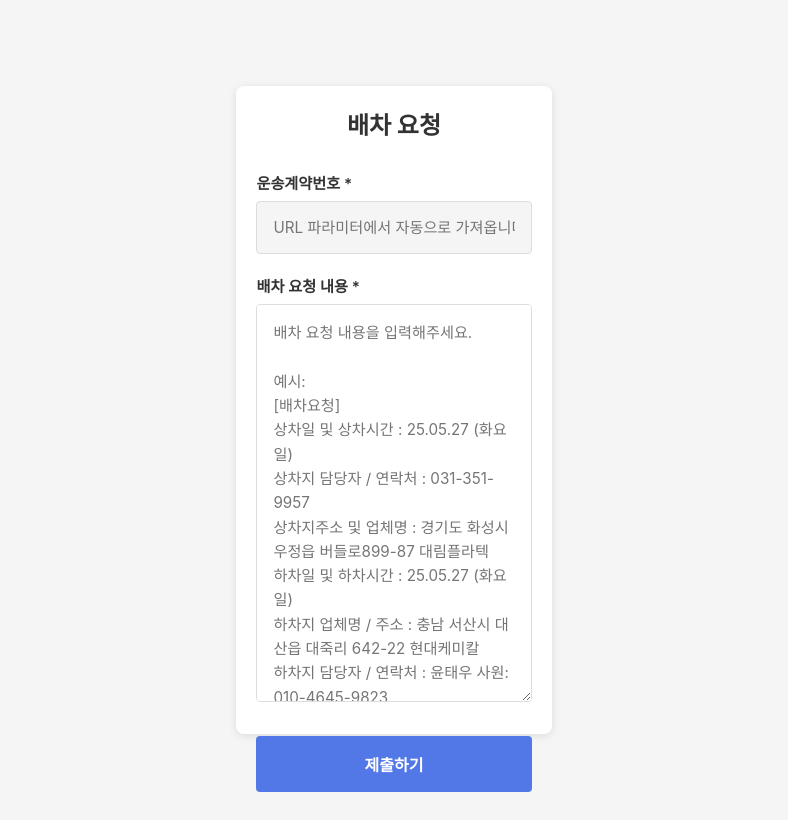
Repository: deul428/logis_transport
Page: / (app in frontend/)
The author's editor kept a copy of each file at every save. The page is drawn from the files as they stood at one save, then again after the next save.
The browser window is 768 px wide. The page is 788 px wide, then 800 px, so the pictures cover 800 px, including what lies to the right of the window. The pictures show the whole page.
The project was rebuilt for these pictures with package versions that can differ from the ones it lists, and the page was loaded fresh each time. Also part of the build but not shown: frontend/src/App.scss.

Above is the page before, as saved 2025-11-13 13:50:36.

### frontend/public/index.html
<!DOCTYPE html>
<html lang="en">
  <head>
    <meta charset="utf-8" />
    <link rel="icon" href="%PUBLIC_URL%/favicon.ico" />
    <meta name="viewport" content="width=device-width, initial-scale=1" />
    <meta name="theme-color" content="#000000" />
    <meta
      name="description"
      content="Web site created using create-react-app"
    />
    <link rel="apple-touch-icon" href="%PUBLIC_URL%/android-icon-192x192.png" />
    <!--
      manifest.json provides metadata used when your web app is installed on a
      user's mobile device or desktop. See https://developers.google.com/web/fundamentals/web-app-manifest/
    -->
    <link rel="manifest" href="%PUBLIC_URL%/manifest.json" />
    <!--
      Notice the use of %PUBLIC_URL% in the tags above.
      It will be replaced with the URL of the `public` folder during the build.
      Only files inside the `public` folder can be referenced from the HTML.

      Unlike "/favicon.ico" or "favicon.ico", "%PUBLIC_URL%/favicon.ico" will
      work correctly both with client-side routing and a non-root public URL.
      Learn how to configure a non-root public URL by running `npm run build`.
    -->
    <title>로지스 운송 오더</title>
  </head>
  <body>
    <div id="root"></div>
    <!--
      This HTML file is a template.
      If you open it directly in the browser, you will see an empty page.

      You can add webfonts, meta tags, or analytics to this file.
      The build step will place the bundled scripts into the <body> tag.

      To begin the development, run `npm start` or `yarn start`.
      To create a production bundle, use `npm run build` or `yarn build`.
    -->
  </body>
</html>

### frontend/src/App.js
import { useState, useEffect } from "react";
import "./App.scss";
import "./styles/transport.scss";

function App() {
  const [contractNo, setContractNo] = useState("");
  const [content, setContent] = useState("");
  const [isSubmitted, setIsSubmitted] = useState(false);

  useEffect(() => {
    // URL에서 계약 번호 파라미터 읽기
    const params = new URLSearchParams(window.location.search);
    const contractNoParam =
      params.get("contractNo") || params.get("contract") || "";

    if (contractNoParam) {
      setContractNo(contractNoParam);
    }
  }, []);

  // 구글 폼 제출
  const handleSubmit = async (e) => {
    e.preventDefault();

    if (!contractNo.trim()) {
      alert(
        "계약 번호가 없습니다. URL에 계약 번호를 포함해주세요. (예: ?contractNo=12345)"
      );
      return;
    }

    if (!content.trim()) {
      alert("배차 요청 내용을 입력해 주세요.");
      return;
    }

    try {
      // 제출 시간 생성 (한국 시간)
      const now = new Date();
      const koreaTimeOffset = 9 * 60; // 한국은 UTC+9
      const koreaTime = new Date(now.getTime() + koreaTimeOffset * 60 * 1000);
      const year = koreaTime.getFullYear();
      const month = String(koreaTime.getMonth() + 1).padStart(2, "0");
      const day = String(koreaTime.getDate()).padStart(2, "0");
      const hours = String(koreaTime.getHours()).padStart(2, "0");
      const minutes = String(koreaTime.getMinutes()).padStart(2, "0");
      const seconds = String(koreaTime.getSeconds()).padStart(2, "0");
      const submitTime = `${year}-${month}-${day} ${hours}:${minutes}:${seconds}`;

      const formData = new FormData();
      // 계약 번호 필드 (구글 폼의 entry ID로 변경 필요)
      formData.append("entry.1271596132", contractNo);
      // 배차 요청 내용 필드 (구글 폼의 entry ID로 변경 필요)
      formData.append("entry.1285765036", content);


      // 구글 폼 URL (실제 구글 폼 URL로 변경 필요)
      const googleFormUrl =
        "https://docs.google.com/forms/d/e/1FAIpQLSepUaIyU7xQX5y7V2-OXf7BZamqW1xnarS4jM8SswiHX2m2rA/formResponse";

      await fetch(googleFormUrl, {
        method: "POST",
        body: formData,
        mode: "no-cors",
      });

      setIsSubmitted(true);
    } catch (err) {
      alert("오류가 발생했습니다. 관리자에게 문의해 주세요.");
      console.error(err);
    }
  };

  const resetForm = () => {
    setContent("");
    setIsSubmitted(false);
  };

  return (
    <div id="transport">
      <div className="cntnt_box">
        <div className="transport_header">
          <h2>배차 요청</h2>
        </div>

        {/* 입력 폼 */}
        {!isSubmitted && (
          <div id="input_area">
            <form id="customForm" onSubmit={handleSubmit}>
              <div className="input_field">
                <label>운송계약번호 *</label>
                <input
                  type="text"
                  value={contractNo}
                  disabled
                  placeholder="URL 파라미터에서 자동으로 가져옵니다 (예: ?contractNo=12345)"
                  style={{
                    backgroundColor: "#f5f5f5",
                    cursor: "not-allowed",
                    color: "#666",
                  }}
                />
              </div>

              <div className="input_field">
                <label>배차 요청 내용 *</label>
                <textarea
                  name="content"
                  rows={15}
                  placeholder={`배차 요청 내용을 입력해주세요.

예시:
[배차요청]
상차일 및 상차시간 : 25.05.27 (화요일)
상차지 담당자 / 연락처 : 031-351-9957
상차지주소 및 업체명 : 경기도 화성시 우정읍 버들로899-87 대림플라텍
하차일 및 하차시간 : 25.05.27 (화요일)
하차지 업체명 / 주소 : 충남 서산시 대산읍 대죽리 642-22 현대케미칼
하차지 담당자 / 연락처 : 윤태우 사원: 010-4645-9823
요청톤수(차량길이 및 총 중량) : 11t(9.6m 이상 6대) / 중량 3.5t
수작업유무 Y/N : N
※요청차량대수 : 총 8대`}
                  value={content}
                  onChange={(e) => setContent(e.target.value)}
                />
              </div>

              <button type="submit">제출하기</button>
            </form>
          </div>
        )}

        {/* 결과 표시 영역 */}
        {isSubmitted && (
          <div id="result_area">
            <h2>접수가 완료되었습니다.</h2>
            <div id="submittedData" className="card">
              <div className="rows row_01">
                <h3>운송계약번호</h3>
                <p>{contractNo || "미입력"}</p>
              </div>
              <div className="rows row_02">
                <h3>배차 요청 내용</h3>
                <p style={{ whiteSpace: "pre-wrap", wordBreak: "break-word" }}>
                  {content}
                </p>
              </div>
            </div>
            <button id="newResponseLink" onClick={resetForm}>
              신규 접수하기
            </button>
          </div>
        )}

        {/* 안내 영역 */}
        {!isSubmitted && (
          <div id="desc_area">
            <div className="info_box">
              <h4>📋 사용 안내</h4>
              <p>
                1. URL에 계약 번호를 포함하여 접근하세요. (예:
                ?contractNo=12345)
                <br />
                2. 배차 요청 내용을 입력한 후 제출 버튼을 클릭하세요.
                <br />
                3. 제출 시간은 자동으로 기록됩니다.
              </p>
            </div>
          </div>
        )}
      </div>
    </div>
  );
}

export default App;

### frontend/src/styles/transport.scss
#transport {
  width: 100dvw;
  height: 100dvh;
  margin: 0 auto;
  min-height: 100vh;
  background-color: #f5f5f5;
  display: flex;
  justify-content: center;
  align-items: center;
  overflow: hidden;

  .cntnt_box {
    padding: 1rem;
    height: calc(80% - 2rem);
    width: calc(40% - 2rem);
    background-color: white;
    border-radius: 8px;
    box-shadow: 0 2px 8px rgba(0, 0, 0, 0.1);

    .transport_header {
      text-align: center;
      margin-bottom: 30px;

      h2 {
        margin: 0 0 0.2rem;
        font-size: 1.8rem;
        color: #333;
      }
    }

    #input_area {
      margin-bottom: 1rem;
      width: 100%;

      form {
        margin: 0 auto;
        text-align: left;

        .input_field {
          margin-bottom: 20px;

          label {
            display: block;
            margin-bottom: 8px;
            font-weight: 600;
            color: #333;
            font-size: 0.95rem;
          }

          input,
          textarea {
            font-family: inherit;
            width: 100%;
            padding: 1rem;
            border: 1px solid #ddd;
            border-radius: 0.25rem;
            font-size: 0.95rem;
            box-sizing: border-box;
            transition: border-color 0.3s;

            &:focus {
              outline: none;
              border-color: #5278e7;
            }

            &:disabled {
              background-color: #f5f5f5;
              cursor: not-allowed;
              color: #666;
            }
          }

          textarea {
            resize: vertical;
            min-height: 300px;
            line-height: 1.6;
          }
        }

        button[type="submit"] {
          width: 100%;
          padding: 1rem 0.5rem;
          background-color: #5278e7;
          color: white;
          border: none;
          border-radius: 0.25rem;
          font-size: 1rem;
          font-weight: 600;
          cursor: pointer;
          transition: background-color 0.3s;
          margin-top: 10px;

          &:hover {
            background-color: #4268d6;
          }

          &:active {
            background-color: #3258c6;
          }
        }
      }
    }

    #result_area {
      margin: -1rem 0 0;
      width: 100%;
      text-align: center;

      h2 {
        margin: 0 0 20px;
        font-size: 1.5rem;
        color: #333;
      }

      #submittedData {
        text-align: left;
        margin-bottom: 1rem;
        background-color: #f9f9f9;
        border-radius: 0.25rem;
        padding: 20px;
        box-shadow: none;

        div.rows {
          width: 100%;
          margin-bottom: 20px;

          &:last-child {
            margin-bottom: 0;
          }

          h3 {
            margin-top: 0;
            margin-bottom: 10px;
            font-size: 1rem;
            color: #5278e7;
          }

          p {
            white-space: pre-wrap;
            word-break: break-word;
            overflow-wrap: break-word;
            margin: 0;
            color: #333;
            line-height: 1.6;
          }
        }
      }

      #newResponseLink {
        width: 100%;
        padding: 12px;
        background-color: #6c757d;
        color: white;
        border: none;
        border-radius: 0.25rem;
        font-size: 0.95rem;
        font-weight: 600;
        cursor: pointer;
        transition: background-color 0.3s;
        margin-top: 20px;

        &:hover {
          background-color: #5a6268;
        }
      }
    }

    #desc_area {
      width: 100%;
      margin-top: 30px;

      .info_box {
        background-color: #e7f3ff;
        border-left: 0.25rem solid #5278e7;
        padding: 15px;
        border-radius: 0.25rem;

        h4 {
          margin: 0 0 10px;
          font-size: 1rem;
          color: #333;
        }

        p {
          margin: 0;
          font-size: 0.9rem;
          color: #555;
          line-height: 1.6;
        }
      }
    }
  }

  /* 반응형 */
  @media (max-width: 768px) {
    padding: 10px;

    .cntnt_box {
      padding: 20px;

      .transport_header h2 {
        font-size: 1.5rem;
      }

      #input_area form .input_field textarea {
        min-height: 250px;
      }
    }
  }
}

Loaded but not shown: frontend/src/index.js (common file); frontend/src/index.css (common file); frontend/src/reportWebVitals.js (common file)

After the next save:
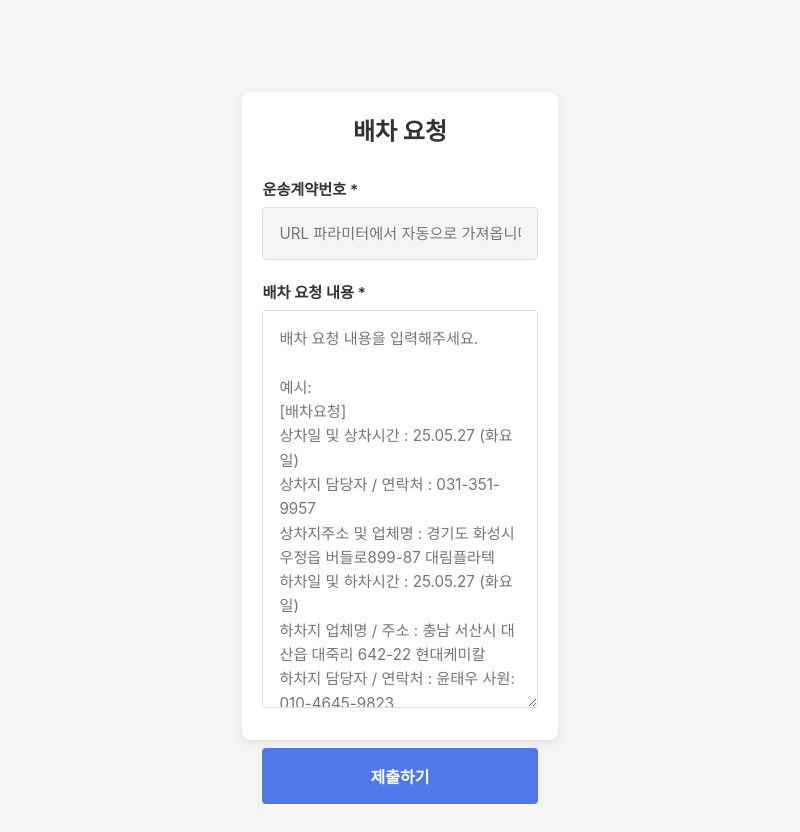
Saved 5 s later.
--- a/frontend/src/styles/transport.scss
+++ b/frontend/src/styles/transport.scss
@@ -88,7 +88,7 @@
           font-weight: 600;
           cursor: pointer;
           transition: background-color 0.3s;
-          margin-top: 10px;
+          margin-top: 1rem;
 
           &:hover {
             background-color: #4268d6;
@@ -130,7 +130,7 @@
 
           h3 {
             margin-top: 0;
-            margin-bottom: 10px;
+            margin-bottom: 1rem;
             font-size: 1rem;
             color: #5278e7;
           }
@@ -176,7 +176,7 @@
         border-radius: 0.25rem;
 
         h4 {
-          margin: 0 0 10px;
+          margin: 0 0 1rem;
           font-size: 1rem;
           color: #333;
         }
@@ -193,7 +193,7 @@
 
   /* 반응형 */
   @media (max-width: 768px) {
-    padding: 10px;
+    padding: 1rem;
 
     .cntnt_box {
       padding: 20px;
